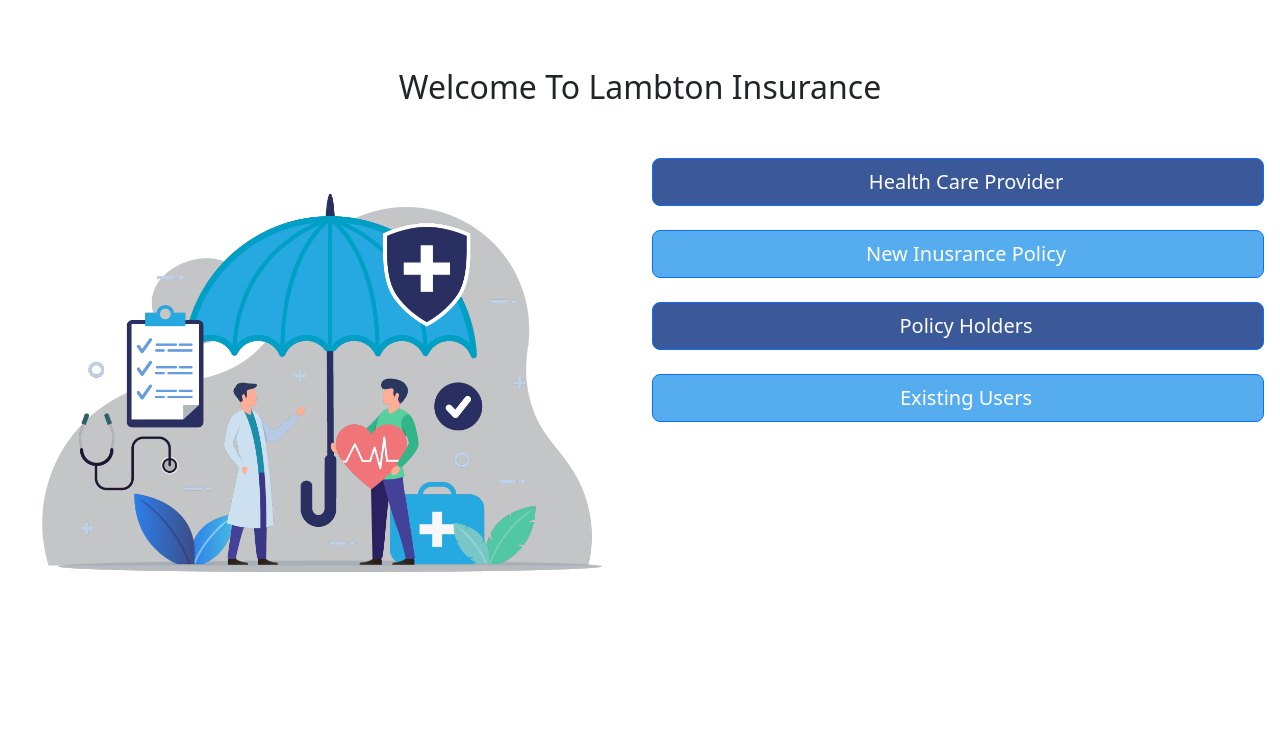
Repository: Puttaz/InsuranceGUI_React
Page: /index (app in client/)
An editor plug-in stored every save of this project. The page is shown before and after the next save, followed by the edit.
The browser window is 1280 px wide. The pictures show the whole page.
The project was rebuilt for these pictures with package versions that can differ from the ones it lists, and the page was loaded fresh each time. Also part of the build but not shown: client/vite.config.js, client/src/Index.css, client/src/Users.jsx, client/src/CreateUser.jsx, client/src/UpdateUser.jsx.

Above is the page before, as saved 2023-12-06 17:42:43.

After the next save:
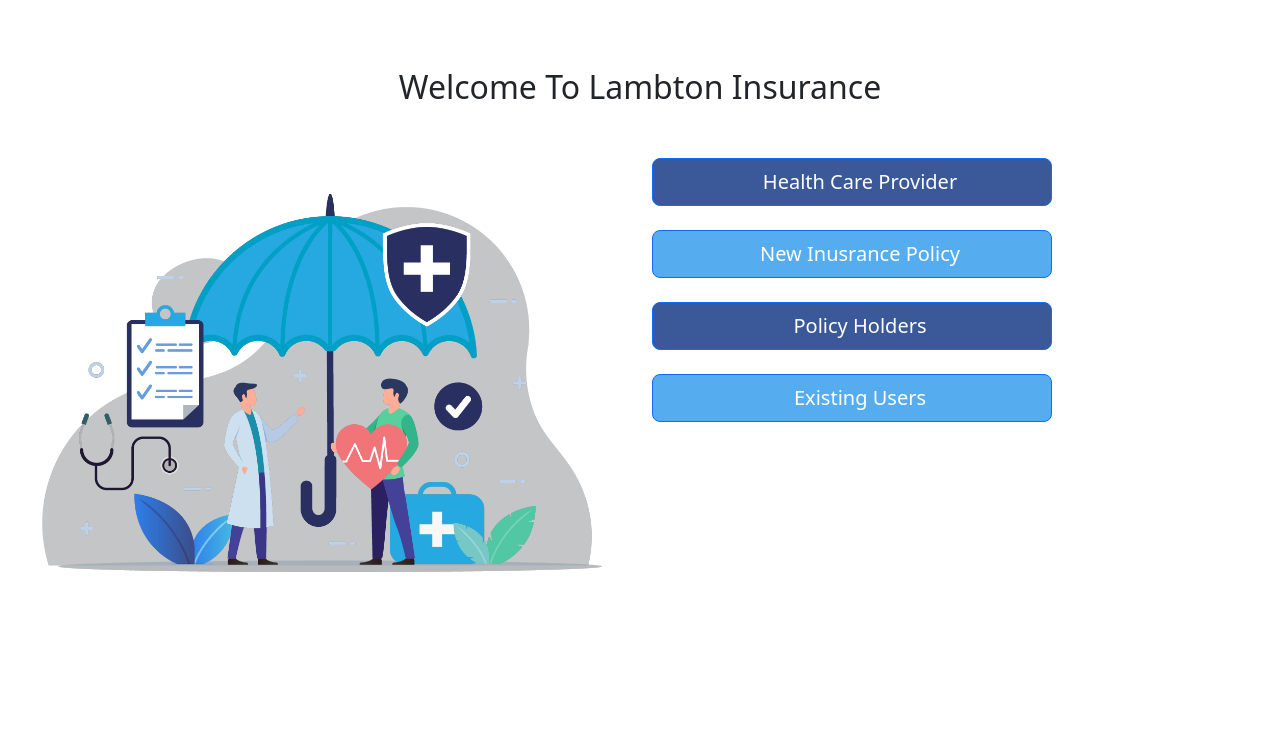
Saved 18 s later.
--- a/client/src/Index.jsx
+++ b/client/src/Index.jsx
@@ -28,7 +28,7 @@ function App() {
           class="img-fluid" alt="home image" />
         </MDBCol>
 
-        <MDBCol col='4' md='6'>
+        <MDBCol col='4' md='4'>
 
           <MDBBtn className="mb-4 w-100" size="lg" style={{backgroundColor: '#3b5998'}}>
             <MDBIcon fab icon="facebook-f" className="mx-2"/>
